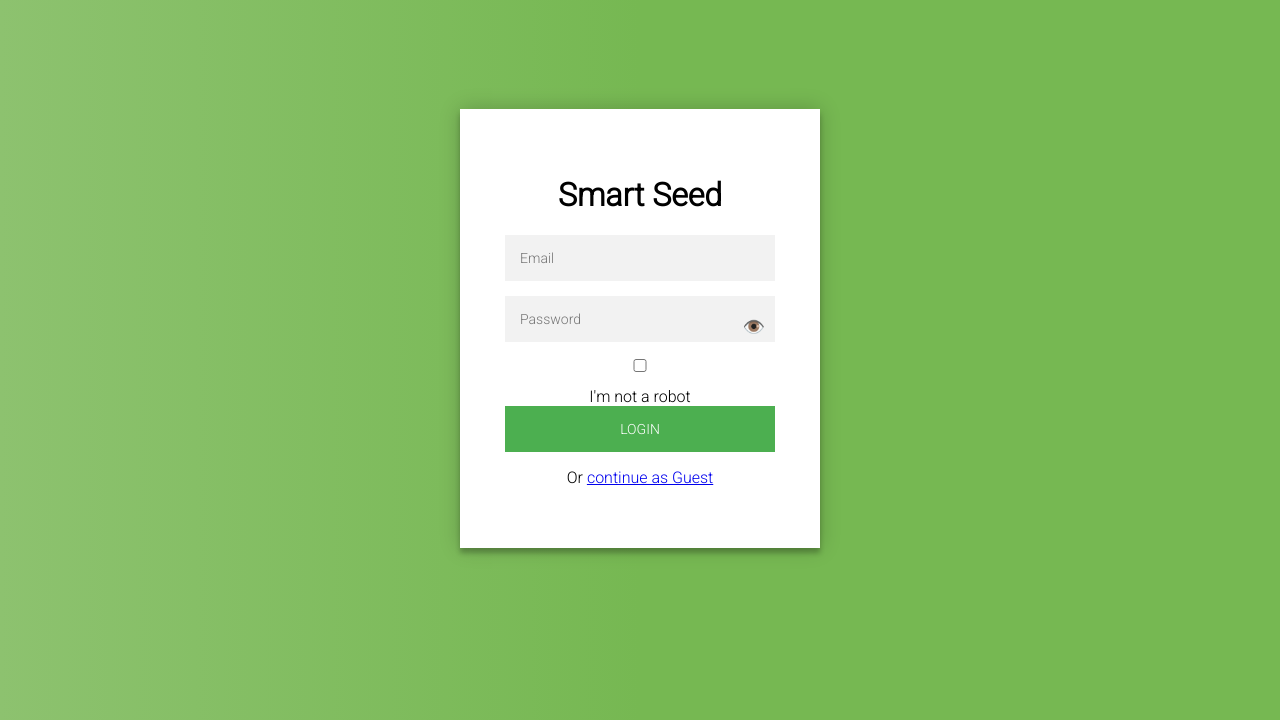
Repository: IFoundGeorge/Smart-Seed-v8-master
Page: src/login.html
The author's editor kept a copy of each file at every save. The page is drawn from the files as they stood at one save, then again after the next save.
The browser window is 1280 px wide. The pictures show the whole page.

Above is the page before, as saved 2025-04-01 22:23:37.

After the next save:
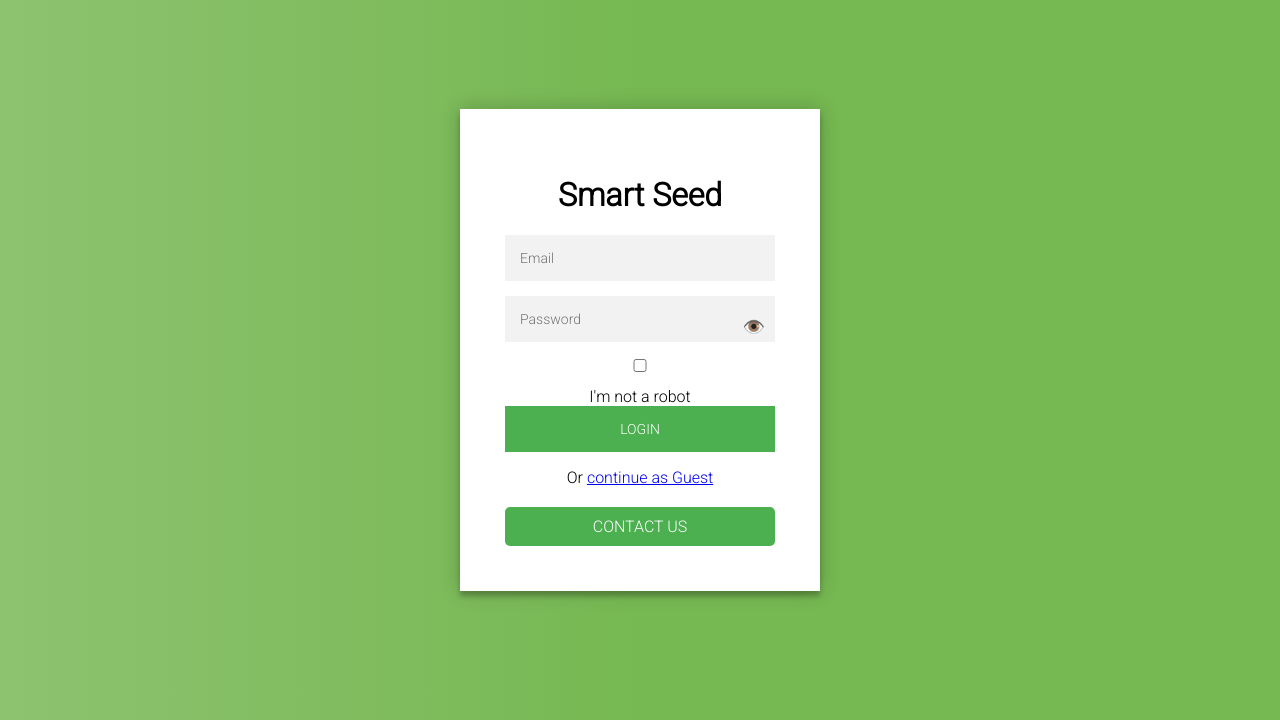
Saved 23 min 18 s later.
--- a/src/login.html
+++ b/src/login.html
@@ -24,6 +24,25 @@
         cursor: pointer;
         font-size: 18px;
         color: #888;
+      }
+
+      .contact-us {
+        text-align: center;
+        margin-top: 20px;
+      }
+
+      .contact-us button {
+        background-color: #4caf50; /* Green background */
+        color: white; /* White text */
+        border: none;
+        padding: 10px 20px;
+        font-size: 16px;
+        cursor: pointer;
+        border-radius: 5px;
+      }
+
+      .contact-us button:hover {
+        background-color: #45a049; /* Darker green on hover */
       }
     </style>
   </head>
@@ -62,6 +81,11 @@
         <p class="guest-text">
           Or <a href="#" onclick="loginAsGuest()">continue as Guest</a>
         </p>
+
+        <!-- Contact Us Button -->
+        <div class="contact-us">
+          <button onclick="contactUs()">Contact Us</button>
+        </div>
       </div>
     </div>
 
@@ -94,6 +118,10 @@
           togglePassword.textContent = "👁️"; // Change icon to "show" mode
         }
       }
+
+      function contactUs() {
+        window.location.href = "contact.html"; // Redirect to the Contact Us page
+      }
     </script>
   </body>
 </html>
